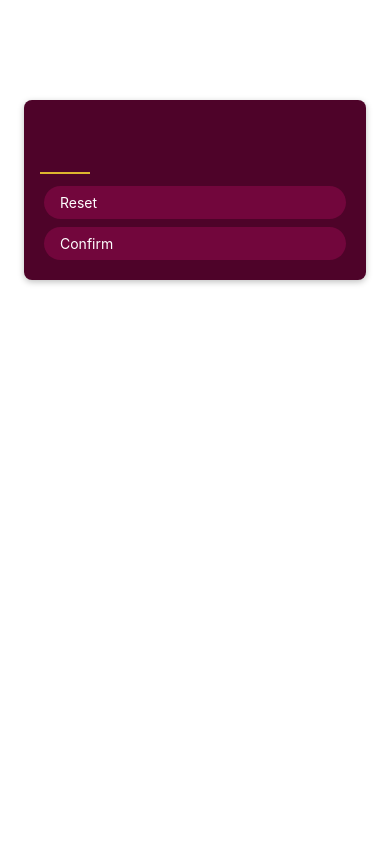
Repository: GarlicButterBoy/Number-Guessing-Game
Screen: /
An editor plug-in stored every save of this project. The screen is shown before and after the next save, followed by the edit.
The app was drawn by React Native's web renderer in a window 390 px wide. The project was rebuilt for these pictures with package versions that can differ from the ones it lists, and the page was loaded fresh each time.

Above is the screen before, as saved 2024-05-03 09:02:01.

### App.js
import { StyleSheet, Text, View } from "react-native";
import StartGameScreen from "./screens/StartGameScreen";

export default function App() {
  return <StartGameScreen />;
}

const styles = StyleSheet.create({
  container: {
    flex: 1,
    backgroundColor: "#fff",
    alignItems: "center",
    justifyContent: "center",
  },
});

### screens/StartGameScreen.js
import { View, TextInput, StyleSheet } from "react-native";
import PrimaryButton from "../components/PrimaryButton";

function StartGameScreen() {
  return (
    <View style={styles.inputContainer}>
      <TextInput
        style={styles.numberInput}
        maxLength={2}
        keyboardType="number-pad"
        autoCapitalize="none"
        autoCorrect={false}
      ></TextInput>
      <PrimaryButton>Reset</PrimaryButton>
      <PrimaryButton>Confirm</PrimaryButton>
    </View>
  );
}

export default StartGameScreen;

const styles = StyleSheet.create({
  inputContainer: {
    padding: 16,
    marginTop: 100,
    marginHorizontal: 24,
    borderRadius: 8,
    backgroundColor: "#4e0329",
    elevation: 6,
    shadowColor: "black",
    shadowOffset: { width: 0, height: 2 },
    shadowRadius: 6,
    shadowOpacity: 0.25,
  },
  numberInput: {
    height: 50,
    width: 50,
    fontSize: 32,
    borderBottomColor: "#ddb52f",
    borderBottomWidth: 2,
    color: "#ddb52f",
    marginVertical: 8,
    fontWeight: "bold",
    textAlign: "center",
  },
});

### components/PrimaryButton.js
import { View, Text, Pressable, StyleSheet } from "react-native";

function PrimaryButton({ children }) {
  function pressHandler() {
    console.log("Pressed!");
  }
  return (
    <Pressable onPress={pressHandler}>
      <View style={styles.buttonContainer}>
        <Text style={styles.buttonText}>{children}</Text>
      </View>
    </Pressable>
  );
}

export default PrimaryButton;

const styles = StyleSheet.create({
  buttonContainer: {
    backgroundColor: "#72063c",
    borderRadius: 28,
    paddingVertical: 8,
    paddingHorizontal: 16,
    margin: 4,
    elevation: 2,
  },
    buttonText: {
        color: 'white',
    },
});

After the next save:
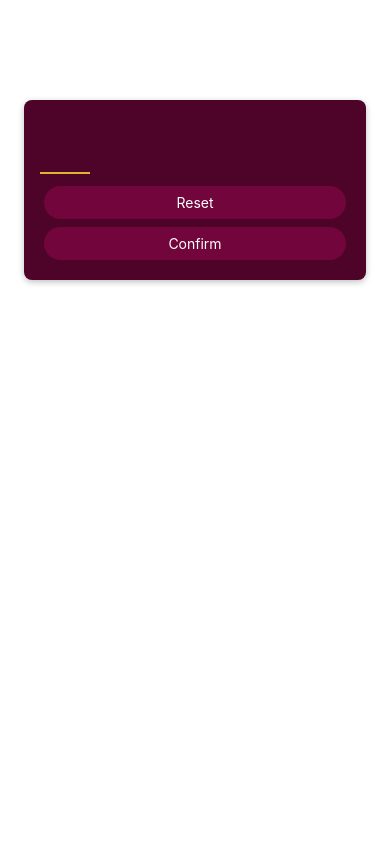
Saved 6 s later.
--- a/components/PrimaryButton.js
+++ b/components/PrimaryButton.js
@@ -24,7 +24,8 @@ const styles = StyleSheet.create({
     margin: 4,
     elevation: 2,
   },
-    buttonText: {
-        color: 'white',
-    },
+  buttonText: {
+    color: "white",
+    textAlign: "center",
+  },
 });
